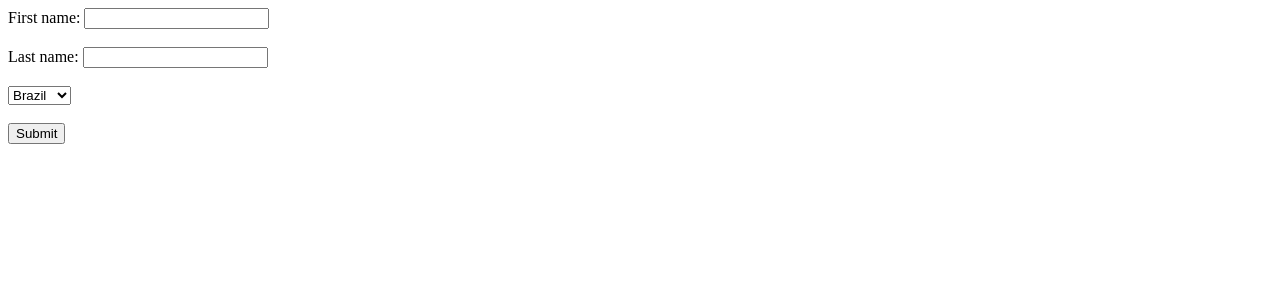
Repository: souptikmaiti/j2ee-practice
Page: jspdemo/WebContent/student-form.html
The author's editor kept a copy of each file at every save. The page is drawn from the files as they stood at one save, then again after the next save.
The browser window is 1280 px wide. The pictures show the whole page.

Above is the page before, as saved 2021-01-08 17:45:20.

After the next save:
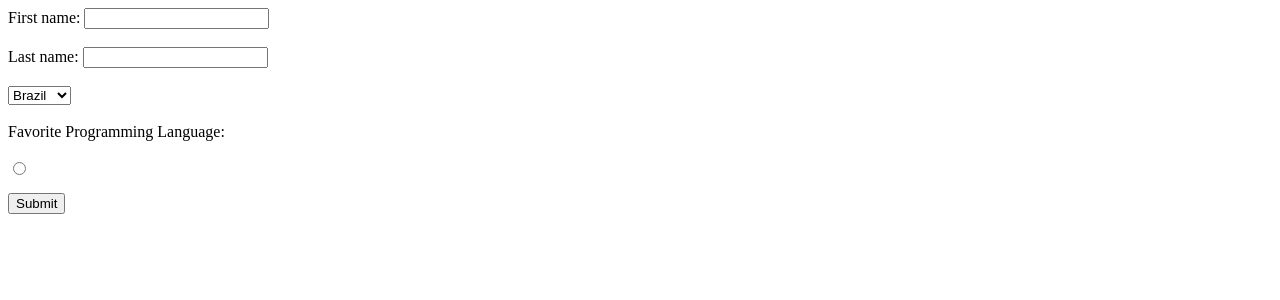
Saved 5 min 13 s later.
--- a/jspdemo/WebContent/student-form.html
+++ b/jspdemo/WebContent/student-form.html
@@ -26,6 +26,14 @@
 
 	<br/><br/>
 
+	Favorite Programming Language:
+	<br/><br/>
+
+	<input type="radio" name="favLang" value="Java">
+
+
+	<br/><br/>
+
 	<input type="submit" value="Submit"/>
 
 </form>
